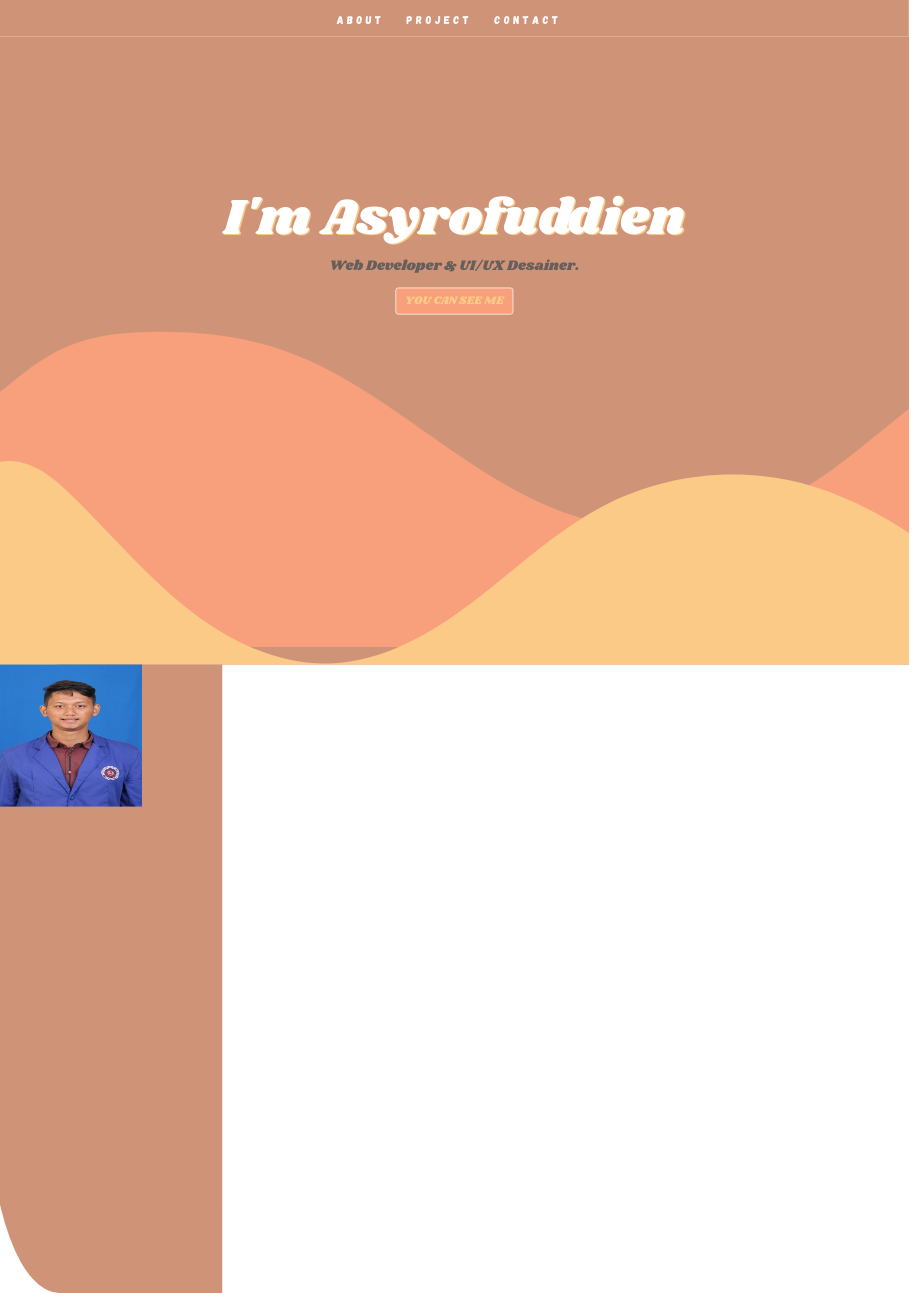
Repository: zetta-muhammad-asyrofuddien/Html-Css-ZettaCAmp
Page: Day1/Portofolio/index.html
An editor plug-in stored every save of this project. The page is shown before and after the next save, followed by the edit.
The browser window is 1280 px wide. The page is 1295 px wide, so the pictures cover 1295 px, including what lies to the right of the window. The pictures show the whole page, at 71% of full size.

Above is the page before, as saved 2023-07-05 19:49:44.

### Day1/Portofolio/index.html
<!DOCTYPE html>
<html lang="en">
  <head>
    <meta charset="utf-8" />
    <meta name="viewport" content="width=device-width, initial-scale=1" />
    <title>Portofolio Asyrof</title>
    <link href="https://cdn.jsdelivr.net/npm/bootstrap@5.2.3/dist/css/bootstrap.min.css" rel="stylesheet" integrity="sha384-rbsA2VBKQhggwzxH7pPCaAqO46MgnOM80zW1RWuH61DGLwZJEdK2Kadq2F9CUG65" crossorigin="anonymous" />
    <link rel="stylesheet" href="https://cdn.jsdelivr.net/npm/bootstrap@4.6.2/dist/css/bootstrap.min.css" integrity="sha384-xOolHFLEh07PJGoPkLv1IbcEPTNtaed2xpHsD9ESMhqIYd0nLMwNLD69Npy4HI+N" crossorigin="anonymous" />
    <link rel="stylesheet" type="text/css" href="./syle.css" />
  </head>
  <body>
    <!-- NAVBAR -->
    <section class="N">
      <div class="container">
        <nav class="navbar navbar-expand-lg">
          <div class="container-fluid">
            <button class="navbar-toggler" type="button" data-bs-toggle="collapse" data-bs-target="#navbarNav" aria-controls="navbarNav" aria-expanded="false" aria-label="Toggle navigation">
              <span class="navbar-toggler-icon"></span>
            </button>
            <div class="collapse navbar-collapse" id="navbarNav">
              <ul class="navbar-nav mx-auto">
                <li class="nav-item">
                  <a class="nav-link" aria-current="page" href="#">A b o u t</a>
                </li>
                <li class="nav-item">
                  <a class="nav-link" href="#">P r o j e c t</a>
                </li>
                <li class="nav-item">
                  <a class="nav-link" href="#">C o n t a c t</a>
                </li>
              </ul>
            </div>
          </div>
        </nav>
      </div>
    </section>
    <!-- Akhir Navbar -->

    <!-- Jumbotron -->
    <div class="jumbotron jumbotron-fluid text-align-center">
      <div class="container">
        <h1 class="display-3 nama">I'm Asyrofuddien</h1>
        <p class="lead job">Web Developer & UI/UX Desainer.</p>
        <a class="btn btn-primary see" href="">YOU CAN SEE ME</a>
      </div>
    </div>
    <!-- Akhir Jumbotron -->

    <!-- About -->
    <div class="row">
      <div class="col-3 about-kiri">
        <img src="./asset/img/foto.jpeg" alt="" width="200px" height="200px" />
      </div>
    </div>
    <!-- Akhir About -->
    <script src="https://cdn.jsdelivr.net/npm/@popperjs/core@2.11.6/dist/umd/popper.min.js" integrity="sha384-oBqDVmMz9ATKxIep9tiCxS/Z9fNfEXiDAYTujMAeBAsjFuCZSmKbSSUnQlmh/jp3" crossorigin="anonymous"></script>
    <script src="https://cdn.jsdelivr.net/npm/bootstrap@5.2.3/dist/js/bootstrap.min.js" integrity="sha384-cuYeSxntonz0PPNlHhBs68uyIAVpIIOZZ5JqeqvYYIcEL727kskC66kF92t6Xl2V" crossorigin="anonymous"></script>
  </body>
</html>

### Day1/Portofolio/syle.css
@font-face {
  font-family: Gagalin;
  src: url(./asset/font/Gagalin-Regular.otf);
}
@font-face {
  font-family: Shrikhand;
  src: url(./asset/font/Shrikhand-Regular.ttf);
}
@font-face {
  font-family: dmSans;
  src: url(./asset/font/DMSans-Regular.ttf);
}
/* UMUM */
.N {
  background-color: #cf9378;
  margin-bottom: 0;
}
.navbar-brand {
  font-family: Gagalin;
}
.navbar {
  border: none;
}
.nav-link {
  font-family: Gagalin;
  color: white;
  margin-right: 20px;
}

.jumbotron {
  background-image: url(./asset/img/wave.svg);
  background-size: cover;
  height: 885px;
  margin-top: -5px;
  margin-bottom: 0;
  border: none;
  text-align: center;
}

.nama {
  font-family: Shrikhand;
  color: white;
  text-align: center;
  margin-top: 150px;
  text-shadow: 2px 2px #fcca87;
}

.job {
  font-family: Shrikhand;
  color: #665e5a;
  text-align: center;
}
.see {
  background-color: #f89f7b;
  border-color: white;
  color: #fcca87;
  font-family: Shrikhand;
}
.see:hover {
  background-color: #665e5a;
  border-color: #fcca87;
}
h2.about {
  font-family: Gagalin;
}
section.who {
  background-color: #fff9f7;
  margin-top: 0%;
}
.about {
  background-color: #fff8f5;
}
.about-kiri {
  height: 885px;
  background-color: #cf9378;
  border-radius: 30% 0 0 30%;
}
/* DESKTOP VERSION */
@media (min-width: 992px) {
  /* Navbar */
  .nav-link:hover::after {
    content: '';
    display: block;
    border-bottom: 3px solid #fcca87;
    width: 50%;
    margin: auto;
  }
  .foto {
    border-radius: 50%;
  }
}

### Day1/Portofolio/asset/img/wave.svg
<svg xmlns="http://www.w3.org/2000/svg" xmlns:xlink="http://www.w3.org/1999/xlink" width="1700" zoomAndPan="magnify" viewBox="0 0 1350 576" height="768" preserveAspectRatio="xMidYMid meet" version="1.0"><defs><clipPath id="88280995c8"><path d="M 0 269.25 L 1350 269.25 L 1350 576 L 0 576 Z M 0 269.25 " clip-rule="nonzero"/></clipPath></defs><rect x="-135" width="1620" fill="#ffffff" y="-57.6" height="691.2" fill-opacity="1"/><rect x="-135" width="1620" fill="#ffffff" y="-57.6" height="691.2" fill-opacity="1"/><rect x="-135" width="1620" fill="#cf9378" y="-57.6" height="691.2" fill-opacity="1"/><g clip-path="url(#88280995c8)"><path fill="#f89f7b" d="M 1413.945312 766.777344 L 1413.945312 429.453125 C 1392.21875 457.429688 1362.003906 480.527344 1328.867188 472.859375 C 1310.898438 468.695312 1296.257812 455.992188 1282.980469 443.210938 C 1245.734375 407.332031 1212.539062 367.136719 1172.433594 334.488281 C 1132.328125 301.84375 1083.167969 276.609375 1031.457031 277.875 C 979.046875 279.15625 931.078125 307.195312 889.472656 339.082031 C 847.867188 370.96875 809.414062 407.820312 762.789062 431.769531 C 700.933594 463.539062 626.5625 470.058594 560.113281 449.53125 C 452.628906 416.339844 374.265625 319.257812 267.050781 285.226562 C 230.175781 273.535156 191.179688 269.78125 152.492188 269.9375 C 121.945312 270.050781 90.679688 272.757812 62.820312 285.265625 C 29.9375 300.035156 4.472656 327.175781 -25.199219 347.640625 C -36.84375 355.675781 -50.003906 362.664062 -63.632812 367.253906 L -63.632812 766.796875 L 1413.945312 766.796875 Z M 1413.945312 766.777344 " fill-opacity="1" fill-rule="nonzero"/></g><path fill="#fcca87" d="M 1287.496094 584.535156 C 1259.617188 597.046875 1228.367188 599.75 1197.820312 599.867188 C 1159.136719 600.023438 1120.140625 596.289062 1083.265625 584.574219 C 976.050781 550.546875 897.6875 453.460938 790.199219 420.269531 C 723.753906 399.746094 649.378906 406.28125 587.527344 438.035156 C 540.898438 461.984375 502.449219 498.832031 460.84375 530.722656 C 419.238281 562.609375 371.265625 590.644531 318.855469 591.929688 C 267.144531 593.195312 217.988281 567.980469 177.882812 535.3125 C 137.773438 502.667969 104.582031 462.46875 67.335938 426.59375 C 54.058594 413.792969 39.417969 401.085938 21.449219 396.945312 C -11.6875 389.277344 -41.902344 412.371094 -63.632812 440.347656 L -63.632812 766.777344 L 1413.925781 766.777344 L 1413.925781 502.570312 C 1400.296875 507.160156 1387.136719 514.144531 1375.496094 522.179688 C 1345.84375 542.648438 1320.378906 569.769531 1287.496094 584.535156 Z M 1287.496094 584.535156 " fill-opacity="1" fill-rule="nonzero"/></svg>

After the next save:
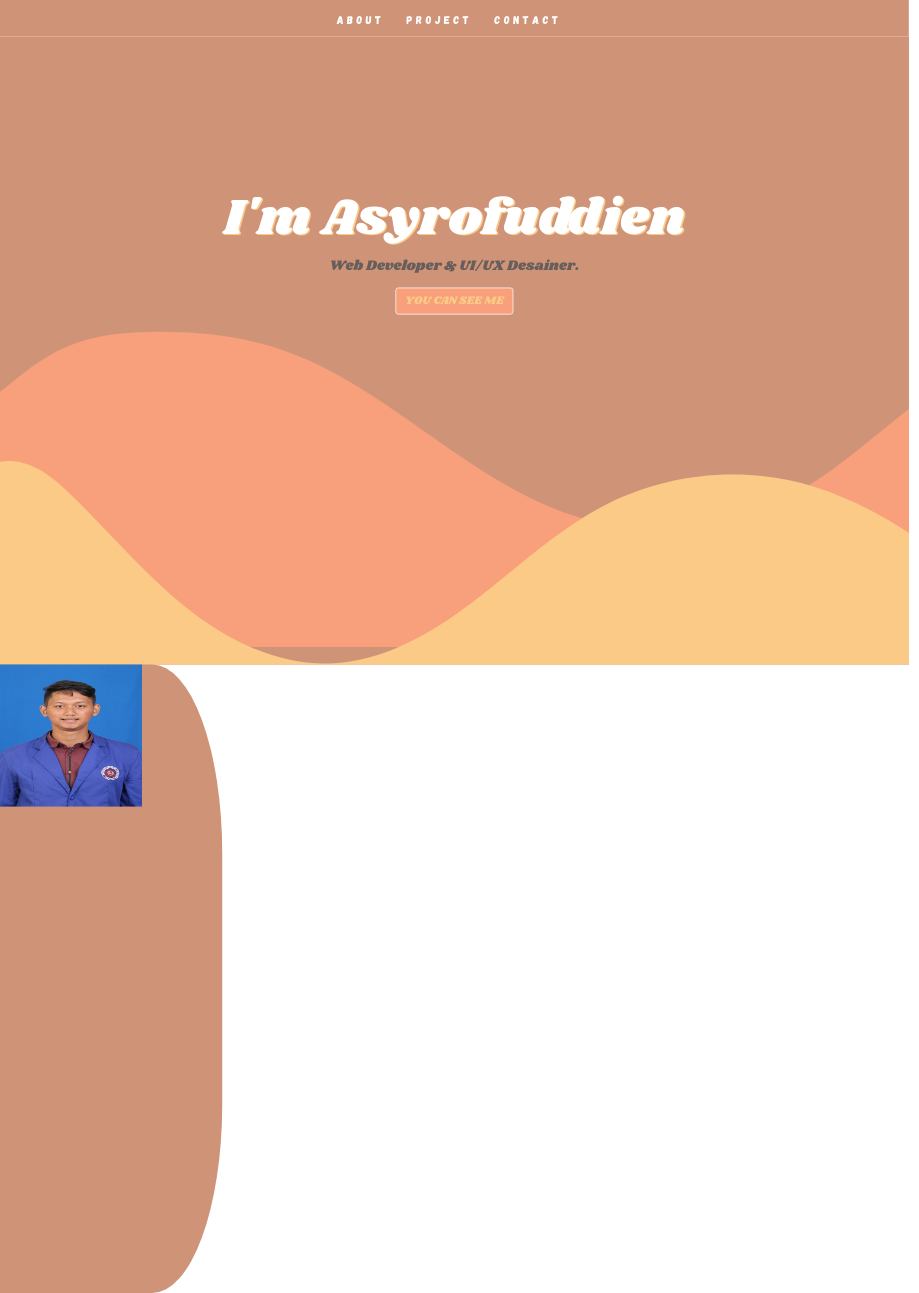
Saved 19 s later.
--- a/Day1/Portofolio/syle.css
+++ b/Day1/Portofolio/syle.css
@@ -73,7 +73,7 @@
 .about-kiri {
   height: 885px;
   background-color: #cf9378;
-  border-radius: 30% 0 0 30%;
+  border-radius: 0 30% 30% 0;
 }
 /* DESKTOP VERSION */
 @media (min-width: 992px) {
